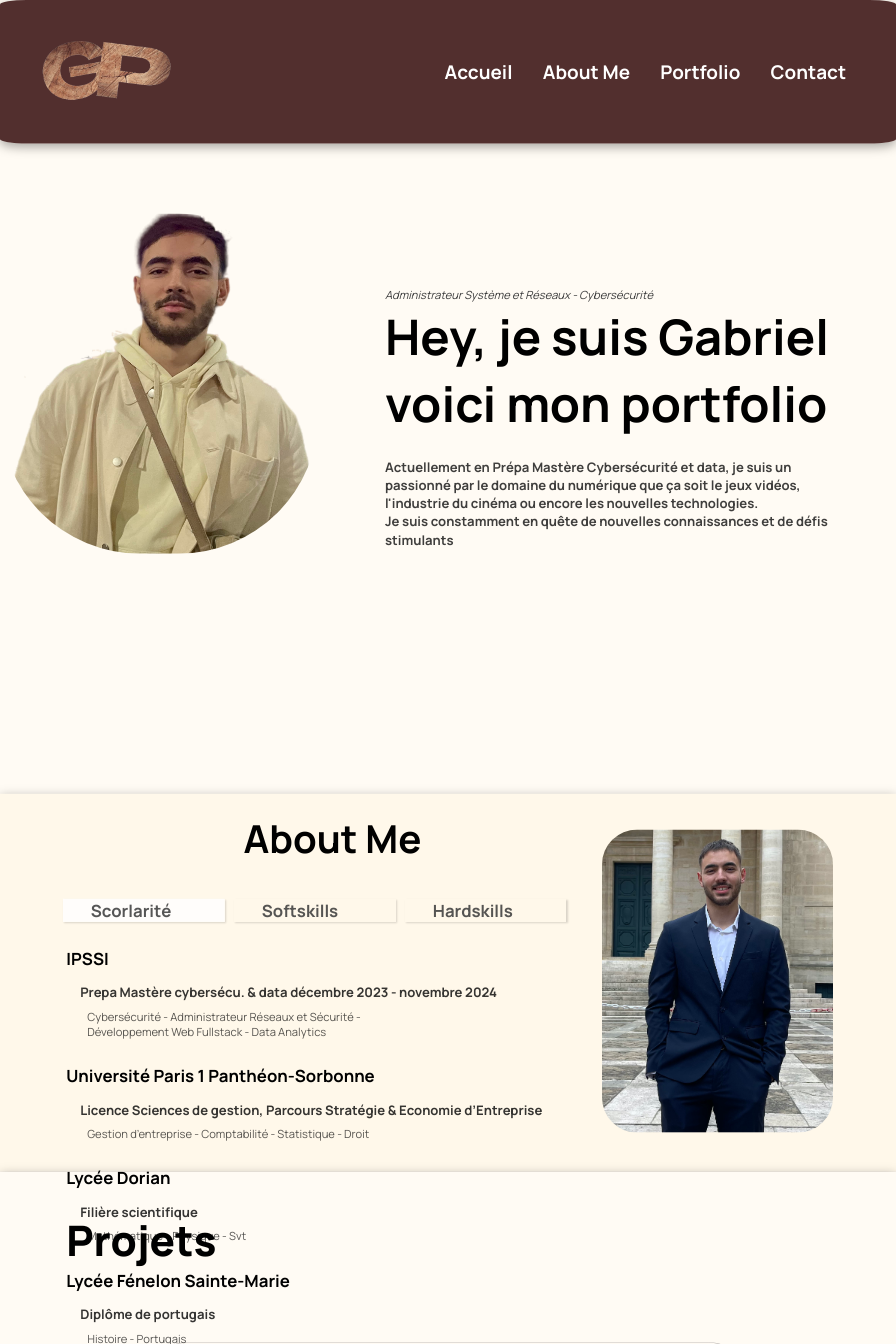
Repository: Gabtorinho25/Portfolio-Web-Site
Page: index.html
An editor plug-in stored every save of this project. The page is shown before and after the next save, followed by the edit.
The browser window is 1280 px wide. The pictures show the part of the page from y = 0 to 1920 px (the page is 3726 px tall), at 70% of full size.
A picture or video elsewhere on the page could not be fetched, so the positions and the page height are approximate.

Above is the page before, as saved 2024-04-17 15:42:30.

After the next save:
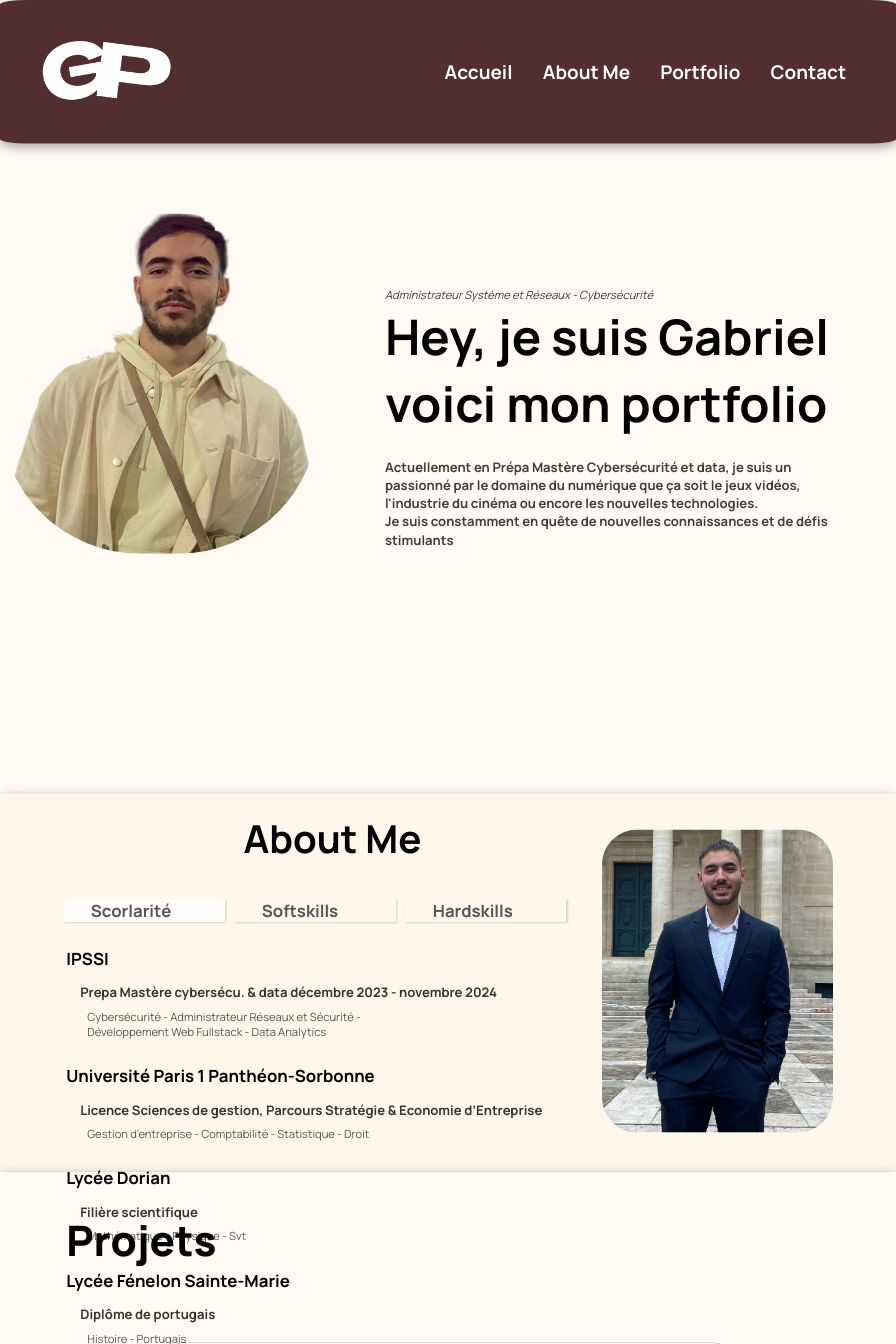
Saved 5 s later.
--- a/index.html
+++ b/index.html
@@ -22,7 +22,7 @@
       <div class=" relative" id="header">
         <nav class="shadow">
           <a href="http://127.0.0.1:5500/">
-            <img class="logo white-filter" src="/Image/Logo.png" alt="logo"
+            <img class="logo white-filter-logo" src="/Image/Logo.png" alt="logo"
           /></a>
           <ul>
             <li><a href="http://127.0.0.1:5500/">Accueil</a></li>
